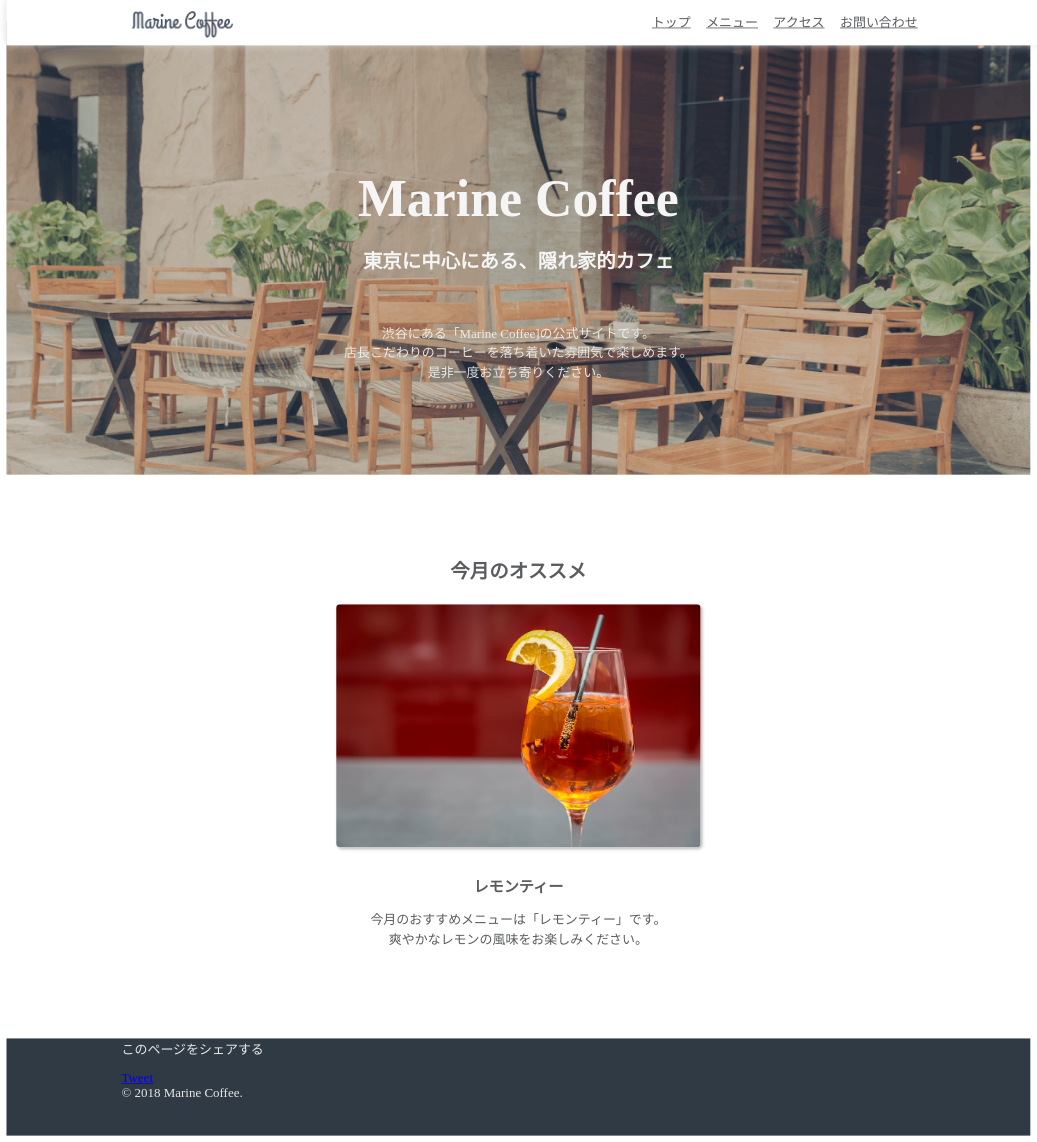
Repository: Kazuya888/samurai_HTML-CSS
Page: marine_coffee/index1.html
The author's editor kept a record of every edit. The page is drawn from the files as they stood at one moment, then again after the next edit.
The browser window is 1280 px wide. The pictures show the whole page, at 81% of full size.

Above is the page before.

After the next edit:
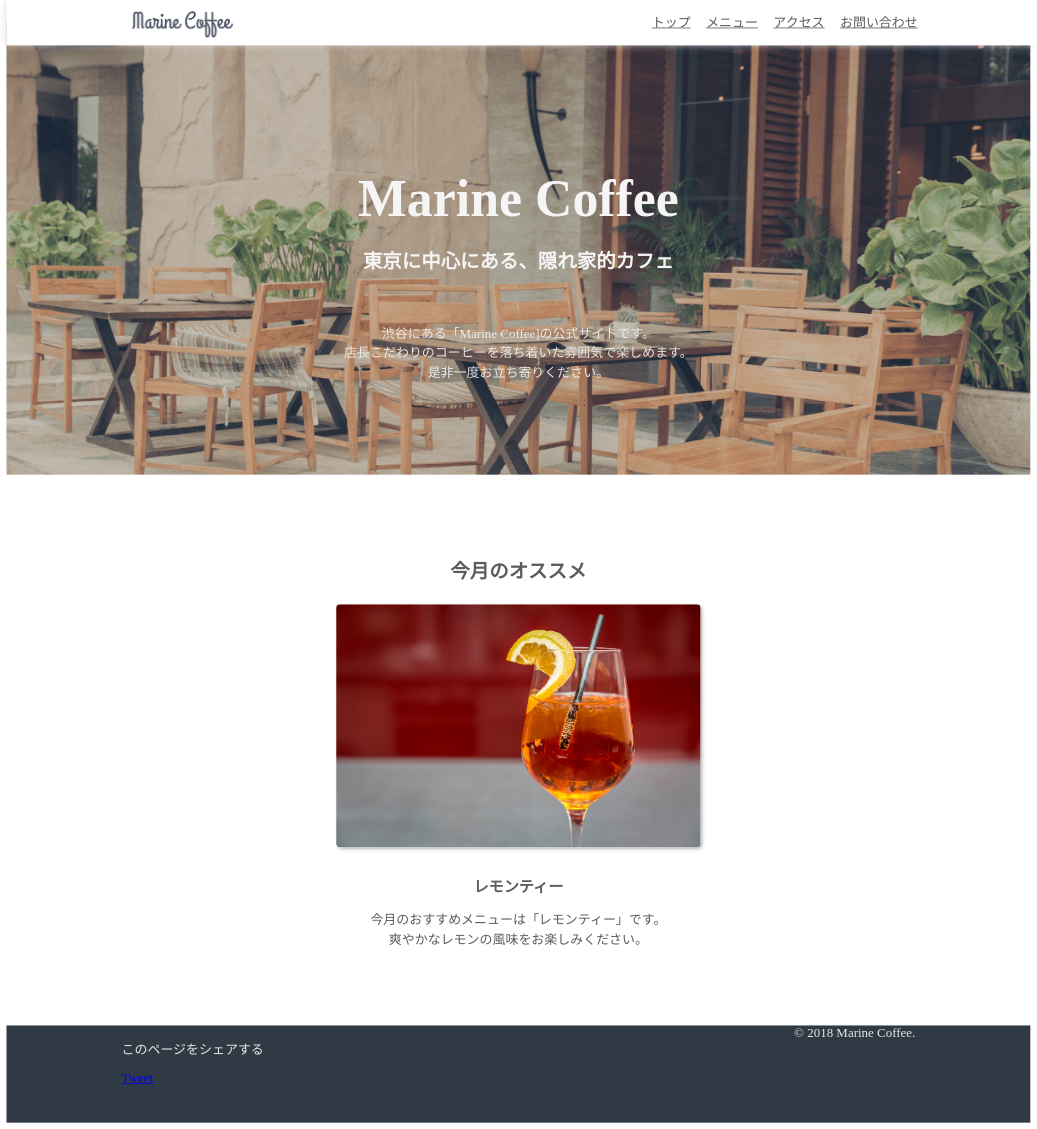
The edit:
--- a/marine_coffee/index1.css
+++ b/marine_coffee/index1.css
@@ -78,3 +78,9 @@
     background-color: #2f3a44;
     color: #e8e8e8;
 }
+.footer-left{
+    float: left;
+}
+.footer-right{
+    float: right;
+}
